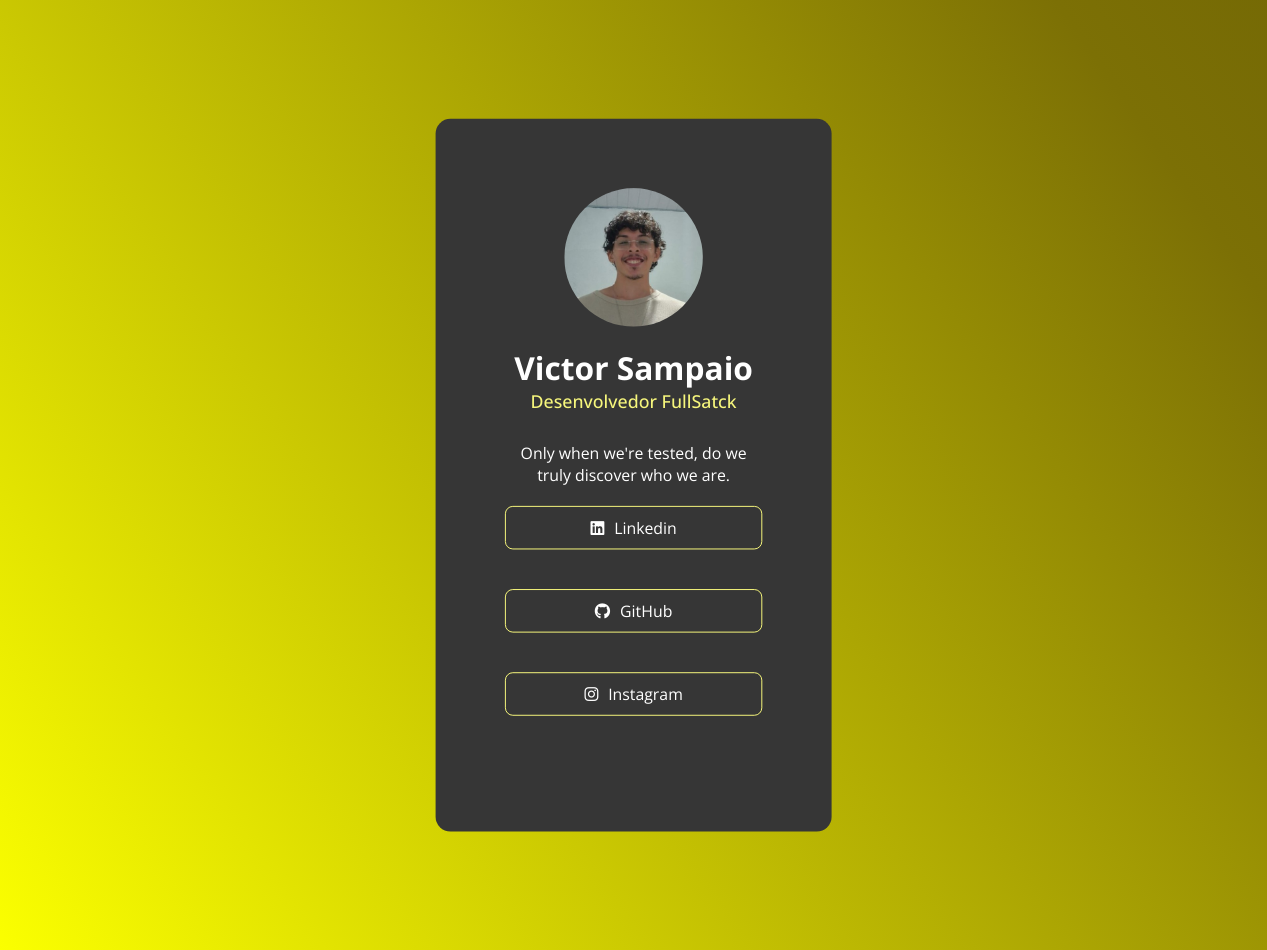
Repository: VictorSampaioDev/linkthree-gt9
Page: index.html
These files come from the project's save history. The page is drawn as it stood at one moment and after a run of saves; the edit follows.
The browser window is 1280 px wide. The pictures show the whole page, at 99% of full size.

Above is the page before, as saved 2025-04-11 11:49:44.

### index.html
<!DOCTYPE html>
<html lang="pt-br">
<head>
    <meta charset="UTF-8">
    <meta name="viewport" content="width=device-width, initial-scale=1.0">
    <title>linkthree JV</title>
    <link rel="stylesheet" href="style.css">
    <link rel="preconnect" href="https://fonts.googleapis.com">
    <link rel="preconnect" href="https://fonts.gstatic.com" crossorigin>
    <link href="https://fonts.googleapis.com/css2?family=Open+Sans:ital,wght@0,300..800;1,300..800&display=swap" rel="stylesheet">
    <link rel="stylesheet" href="https://cdnjs.cloudflare.com/ajax/libs/font-awesome/6.5.0/css/all.min.css">
</head>
<body>
    <div class="container-main">
<!-- imagem -->
        <div class="container-image">
            <img src="./assets/image-profile.jpeg" alt="Foto de Perfil">
        </div>
<!-- Titulos -->
      <div class="container-infos">
        <h1>Victor Sampaio</h1>
        <h2>Desenvolvedor FullSatck</h2>
      </div>
<!-- Paragrafo -->
      <div class="container-paragrafo">
        <p>
            Only when we're tested, do we truly discover who we are.
        </p>
      </div>
<!-- lista estilizada ("botões") -->
      <div class="container-social-links">
        <ul>
                <a href="https://www.linkedin.com/in/joao-victor-sampaio-30a556355/" target="_blank">
                    <li>
                        <!-- icone -->
                        <i class="fa-brands fa-linkedin"></i>
                        <!-- paragrafo -->
                        <p>Linkedin</p>
                    </li>
                </a>

                <a href="https://github.com/VictorSampaioDev" target="_blank">
                   <li>
                    <i class="fa-brands fa-github"></i>
                    <p>GitHub</p>
                   </li>
                </a>

                <a href="https://www.instagram.com/jovetorr" target="_blank">
                   <li>
                    <i class="fa-brands fa-instagram"></i>
                    <p>Instagram</p>
                   </li>
                </a>
        </ul>
    </div>
</body>
</html>

### style.css
* {
    font-family: "Open Sans", sans-serif;
    margin: 0;
    padding: 0;
    box-sizing: border-box;
}
body{
    background: #fbff00;
    background: linear-gradient(55deg, rgba(251, 255, 0, 1) 0%, rgb(124, 112, 5) 30%, rgba(0, 0, 0, 1) 100%);
    animation: gradientShift 10s ease infinite;
    background-size: 400%;
}
@keyframes gradientShift{
    0%(background-position 0% 50%;)
    50%(background-position 50% 100%;)
    100(background-position 0% 50%;)
}
.container-main{
    background-color: #363636;
    width: 400px;
    height: 720px;
    box-sizing: border-box;
    margin: 120px auto;
    padding: 70px;
    border-radius: 15px;
    text-align: center;
}
.container-image{

    & img{
       width: 140px;
       border-radius: 100%;
    }
}
.container-infos{
    margin-top: 15px;
    margin-bottom: 10px;
}
.container-infos h1{
    font-weight: 700;
    color: white;
}
.container-infos h2{
    font-weight: 500;
    font-size: 18px;
    color: rgb(246, 246, 124);
}
.container-paragrafo{
    margin-top: 30px;
    color: white;
}
.container-social-links ul {
    display: flex;
    flex-direction: column;
    gap: 20px;
}
.container-social-links li {
    display: flex;
    justify-content: center;
    gap: 10px;
    margin-top: 20px;
    align-items: center;
    border: 1px solid rgb(246, 246, 124);
    border-radius: 8px;
    padding: 10px;
    transition: background-color 0.3s;


    &:hover{
        background-color: rgb(246, 246, 124);
    }
  }

.container-social-links a {
    text-decoration: none;
    color: white;
    transition: color 0.3s;

    &:hover{
        color: black;
    }
}

After the next 2 saves:
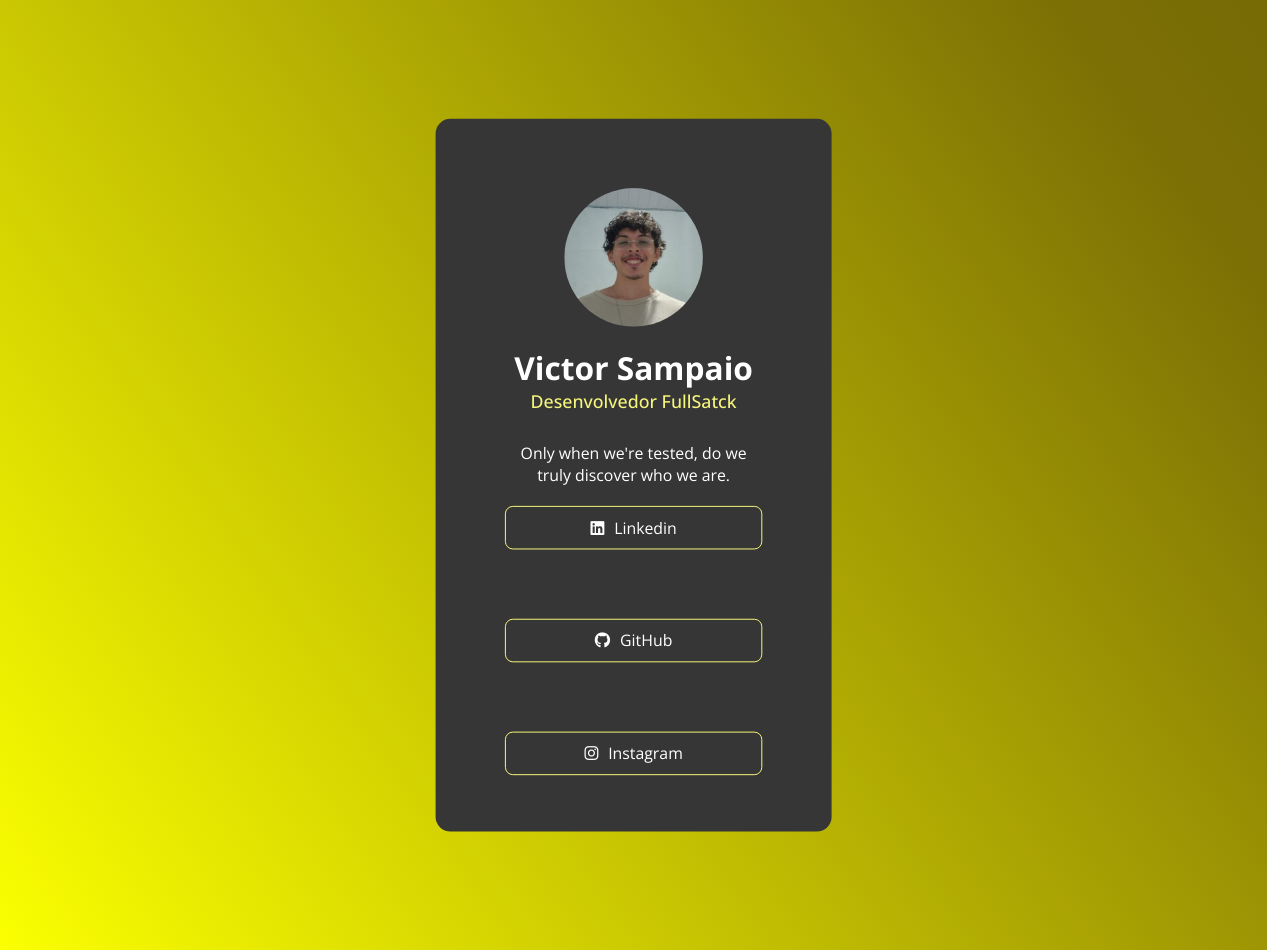
The 2 saves are shown as one change because they came seconds apart.
The last was saved 15 s later.
--- a/style.css
+++ b/style.css
@@ -52,7 +52,7 @@ body{
 .container-social-links ul {
     display: flex;
     flex-direction: column;
-    gap: 20px;
+    gap: 50px;
 }
 .container-social-links li {
     display: flex;
